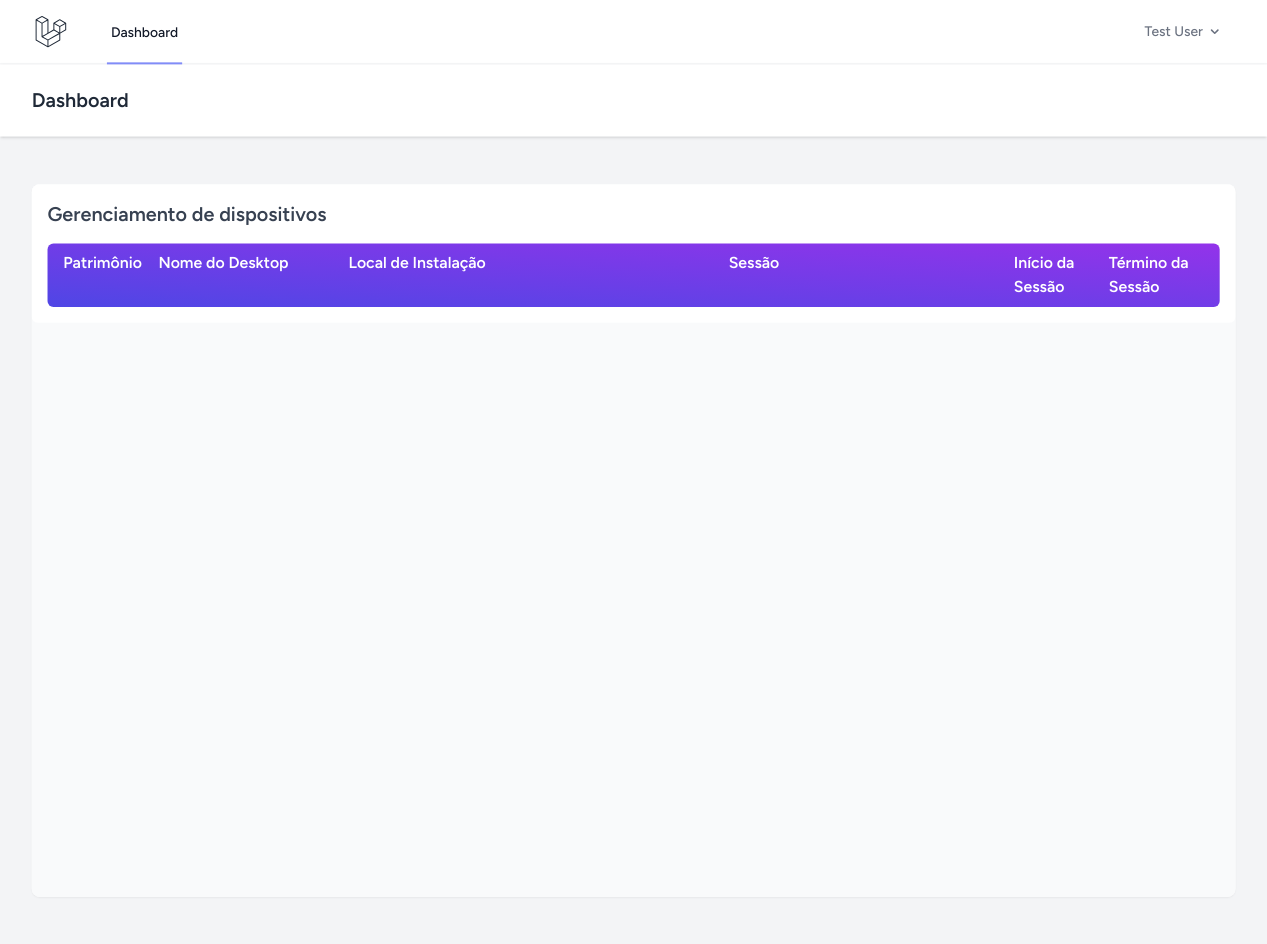
Repository: CrisMorgantee/device-logs
Page: http://localhost/dashboard
The author's editor kept a copy of each file at every save. The page is drawn from the files as they stood at one save, then again after the next save.
The browser window is 1280 px wide. The pictures show the whole page, at 99% of full size.
The page is served by the project's Laravel application, run on PHP 8.4 with Laravel 10. A made-up administrator, Test User (test@example.com), is signed in. Style sheets and scripts are compiled from the project's sources, by tool versions that may differ from the author's. Queries for data that is not in the repository find no rows.

Above is the page before, as saved 2023-04-14 22:57:25.

After the next save:
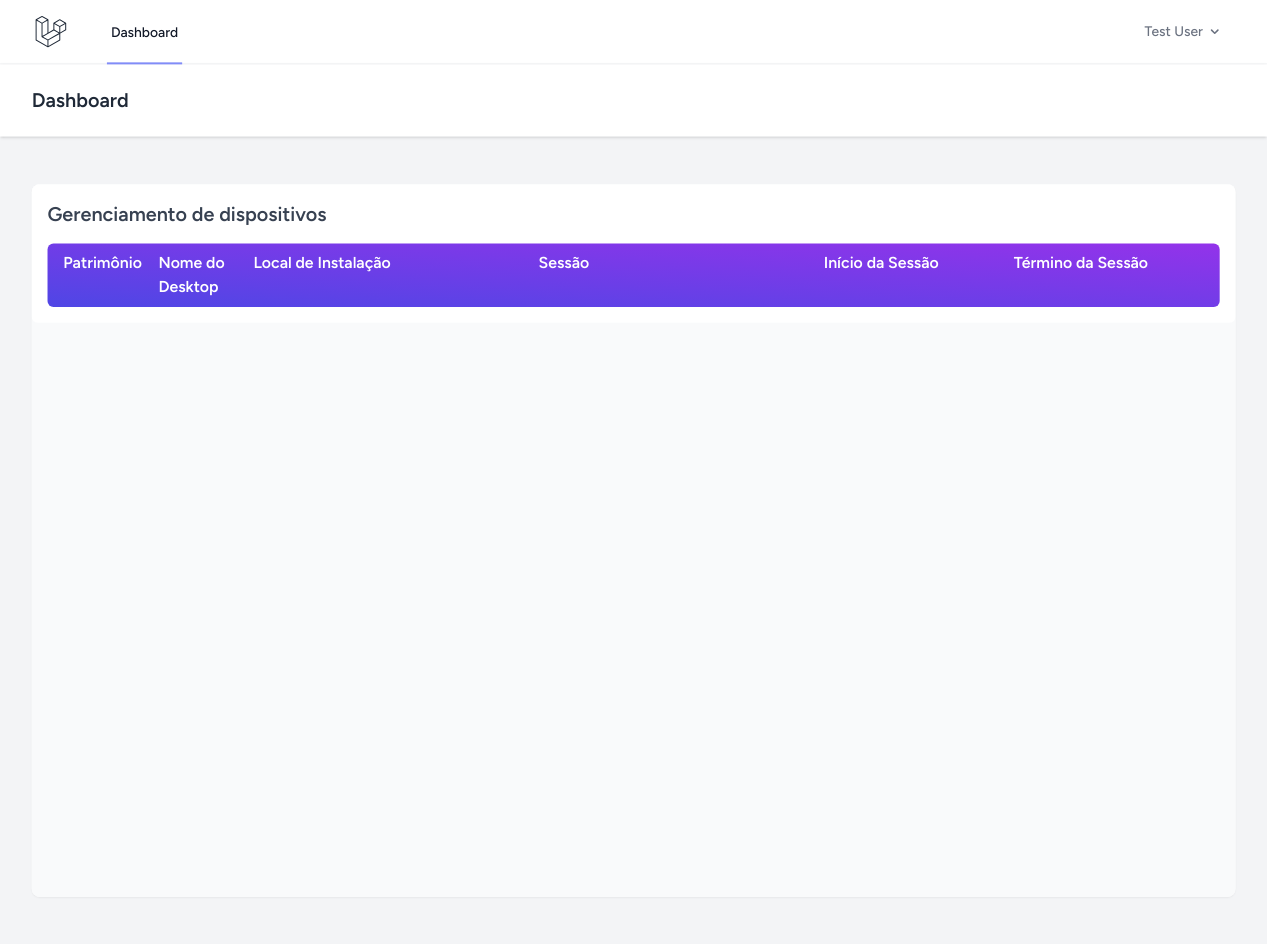
Saved 37 s later.
--- a/resources/views/dashboard.blade.php
+++ b/resources/views/dashboard.blade.php
@@ -17,19 +17,19 @@
               <div class="col-span-1">
                 <span>Patrimônio</span>
               </div>
-              <div class="col-span-2">
+              <div class="col-span-1">
                 <span>Nome do Desktop</span>
               </div>
-              <div class="col-span-4">
+              <div class="col-span-3">
                 <span>Local de Instalação</span>
               </div>
               <div class="col-span-3">
                 <span>Sessão</span>
               </div>
-              <div class="col-span-1">
+              <div class="col-span-2">
                 <span>Início da Sessão</span>
               </div>
-              <div class="col-span-1">
+              <div class="col-span-2">
                 <span>Término da Sessão</span>
               </div>
             </div>
